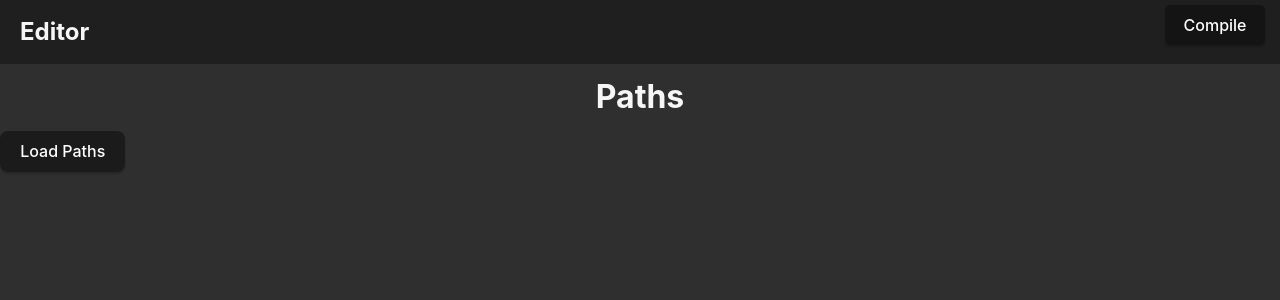
Repository: toasted226/visual-scripting-js
Page: /
These files come from the project's save history. The page is drawn as it stood at one moment and after the next save; the edit follows.
The browser window is 1280 px wide. The pictures show the whole page.
The project was rebuilt for these pictures with package versions that can differ from the ones it lists, and the page was loaded fresh each time. Also part of the build but not shown: vite.config.ts.

Above is the page before, as saved 2023-06-12 19:04:34.

### index.html
<!DOCTYPE html>
<html lang="en">
  <head>
    <meta charset="UTF-8" />
    <link rel="icon" type="image/svg+xml" href="/vite.svg" />
    <meta name="viewport" content="width=device-width, initial-scale=1.0" />
    <title>Visual Scripting for JavaScript</title>
  </head>

  <body>
    <div id="root"></div>
    <script type="module" src="/src/main.tsx"></script>
  </body>
</html>

### src/App.tsx
import { invoke } from "@tauri-apps/api/tauri";
import { useState } from "react";
import "./App.css";
import Navbar from "./Navbar";

function App() {
    const [paths, setPaths] = useState<string[]>([]);

    // Do not run this function every rendering frame, will freeze the app!
    function load_paths() {
        invoke("enumerate_files", { dir: "C:/Users/keaga/OneDrive/Documents" })
            .then((res) => {
                setPaths(res as string[]);
            })
            .catch((err) => {
                console.error(err);
            });
    }

    return (
        <div className="container">
            <Navbar />
            <div className="content">
                <h1>Paths</h1>
                {/* TODO: We need to have some sort of native menu option to select a directory */}
                <button onClick={load_paths}>Load Paths</button>
                {paths.map((path) => {
                    return <p>{path}</p>
                })}
            </div>
        </div>
    );
}

export default App;

### src/styles.css
:root {
    --dark: #2f2f2f;
    --light: #f6f6f6;

    font-family: Inter, Avenir, Helvetica, Arial, sans-serif;
    font-size: 16px;
    line-height: 24px;
    font-weight: 400;

    color: #f6f6f6;
    background-color: #2f2f2f;

    font-synthesis: none;
    text-rendering: optimizeLegibility;
    -webkit-font-smoothing: antialiased;
    -moz-osx-font-smoothing: grayscale;
    -webkit-text-size-adjust: 100%;
}

/* width */
::-webkit-scrollbar {
    width: 10px;
}

/* Track */
::-webkit-scrollbar-track {
    background: #1f1f1f;
}

/* Handle */
::-webkit-scrollbar-thumb {
    background: #3f3f3f;
}

/* Handle on hover */
::-webkit-scrollbar-thumb:hover {
    background: #555;
}

.row {
    display: flex;
    justify-content: center;
}

a {
    font-weight: 500;
    color: #646cff;
    text-decoration: inherit;
}

a:hover {
    color: #535bf2;
}

h1 {
    text-align: center;
}

input,
button {
    border-radius: 8px;
    border: 1px solid transparent;
    padding: 0.6em 1.2em;
    font-size: 1em;
    font-weight: 500;
    font-family: inherit;
    transition: border-color 0.25s;
    box-shadow: 0 2px 2px rgba(0, 0, 0, 0.2);
    outline: none;
    color: #ffffff;
    background-color: #0f0f0f98;
}

button {
    cursor: pointer;
}

button:hover {
    border-color: #ffffff;
}

button:active {
    background-color: #0f0f0f69;
}

### src/Navbar.tsx
import { invoke } from "@tauri-apps/api/tauri";
import "./Navbar.css";

function Navbar() {
    return (
        <nav className="navbar">
            <h1>Editor</h1>
            <button className="compile-btn">Compile</button>
        </nav>
    );
}

export default Navbar;

### src/Navbar.css
.navbar {
    background-color: #1f1f1f;
    margin: 0;
    padding: 0 10px 0 20px;
    display: flex;
    justify-content: space-between;
}

.compile-btn {
    color: white;
    border-radius: 5px;
    padding: 5px;
    margin: 5px;
    width: 100px;
    height: 40px;
}

.compile-btn:hover {
    background-color: #1f1f1f;
    border: 1px solid white;
}

Loaded but not shown: src/main.tsx (common file); src/App.css (common file)

After the next save:
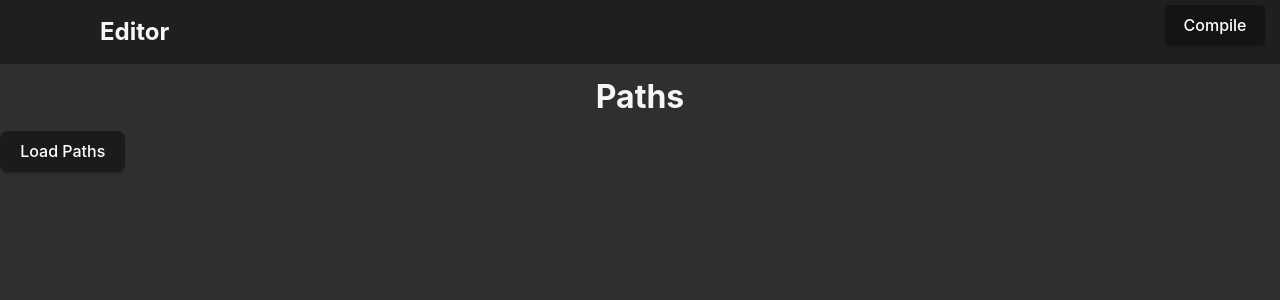
Saved 10 s later.
--- a/src/Navbar.css
+++ b/src/Navbar.css
@@ -1,7 +1,7 @@
 .navbar {
     background-color: #1f1f1f;
     margin: 0;
-    padding: 0 10px 0 20px;
+    padding: 0 10px 0 100px;
     display: flex;
     justify-content: space-between;
 }
